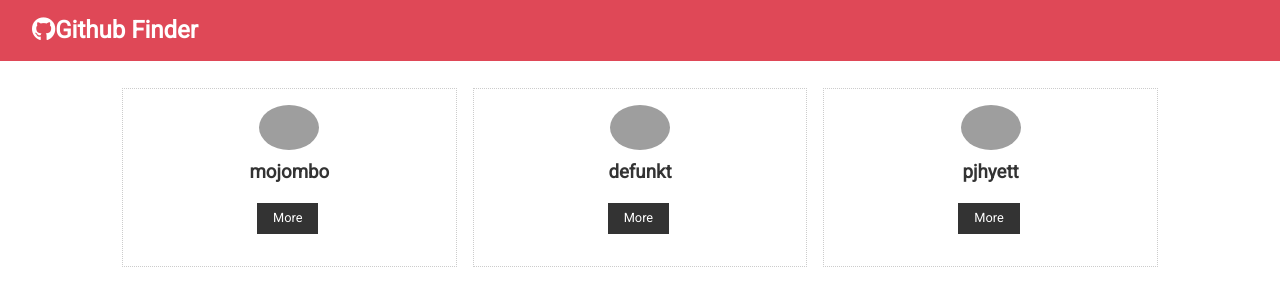
Repository: messimacky/github-finder
Page: /
The author's editor kept a copy of each file at every save. The page is drawn from the files as they stood at one save, then again after the next save.
The browser window is 1280 px wide. The pictures show the whole page.
Pictures or frames that could not be fetched are drawn as grey boxes. Some web libraries are served in a nearby version. The project was rebuilt for these pictures with package versions that can differ from the ones it lists, and the page was loaded fresh each time.

Above is the page before, as saved 2022-02-21 17:23:47.

After the next save:
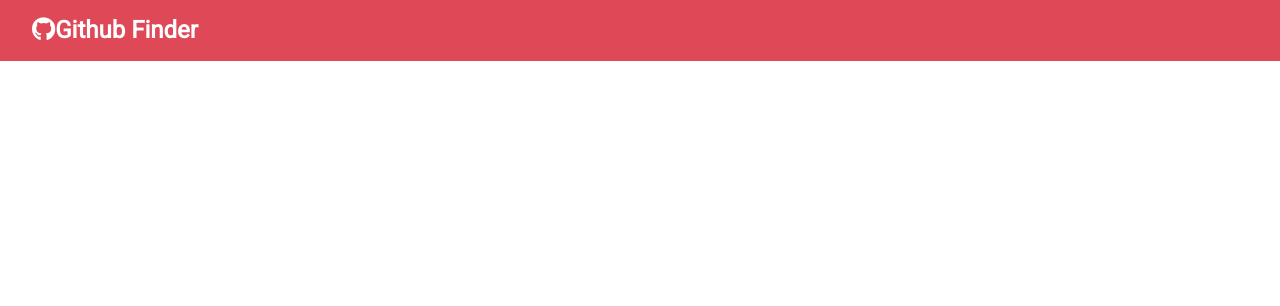
Saved 15 s later.
--- a/src/App.js
+++ b/src/App.js
@@ -11,7 +11,7 @@
  return (
     <div className='App'>
    <Navbar />
-<div className="container"> <Users /></div>
+
 
     </div>
   );
